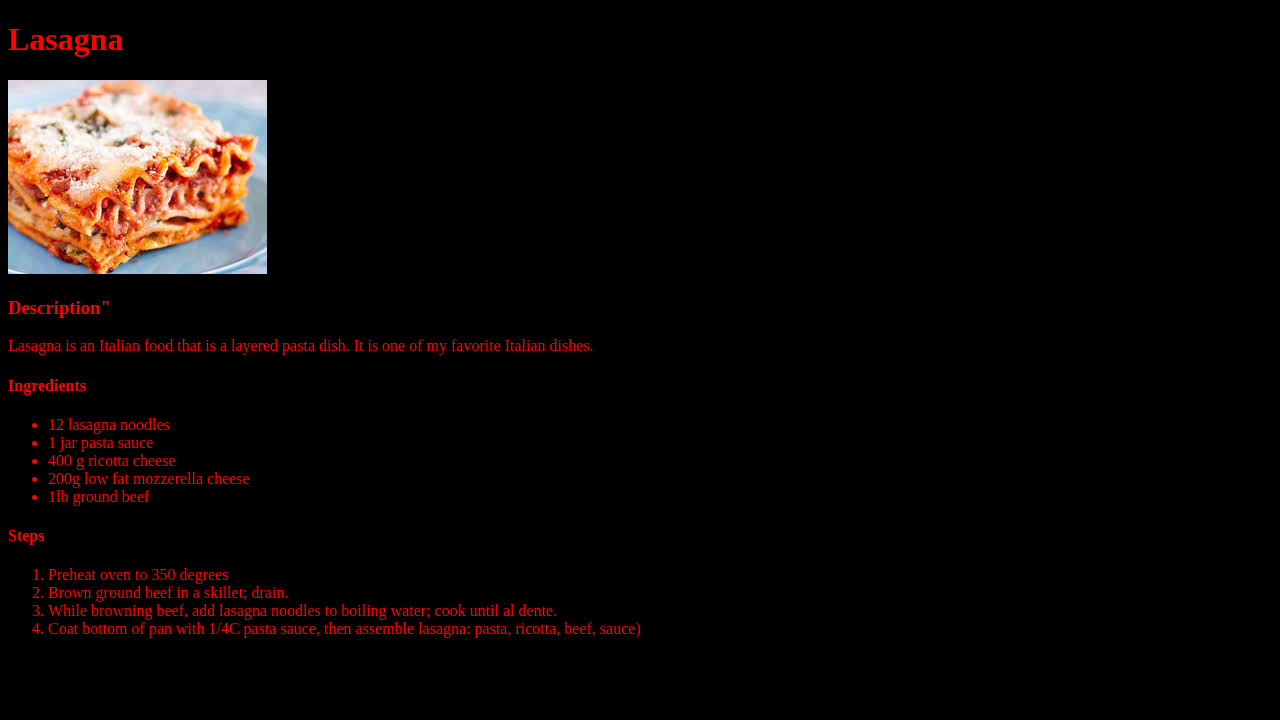
Repository: swillis91/odin-recipies
Page: repos/odin-recipies/Recipies/lasagna.html
An editor plug-in stored every save of this project. The page is shown before and after the next save, followed by the edit.
The browser window is 1280 px wide. The pictures show the whole page.

Above is the page before, as saved 2023-08-09 00:17:38.

After the next save:
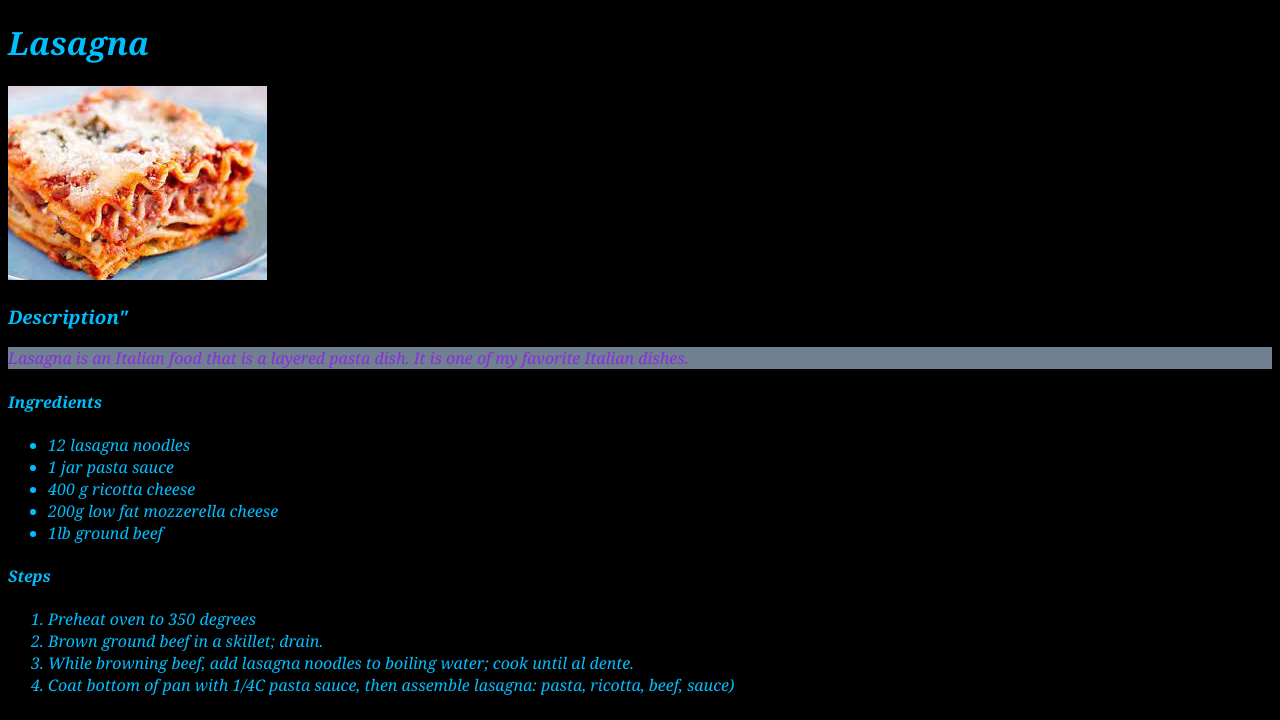
Saved 100 s later.
--- a/repos/odin-recipies/Recipies/style.css
+++ b/repos/odin-recipies/Recipies/style.css
@@ -1,5 +1,12 @@
 
 body{
-    color: red;
+    color: rgb(0, 191, 255);
     background-color: black;
+    font-family: Georgia, 'Times New Roman', Times, serif;
+    font-style: oblique;
 }
+
+p{
+    color: blueviolet;
+    background-color: slategray;
+}
